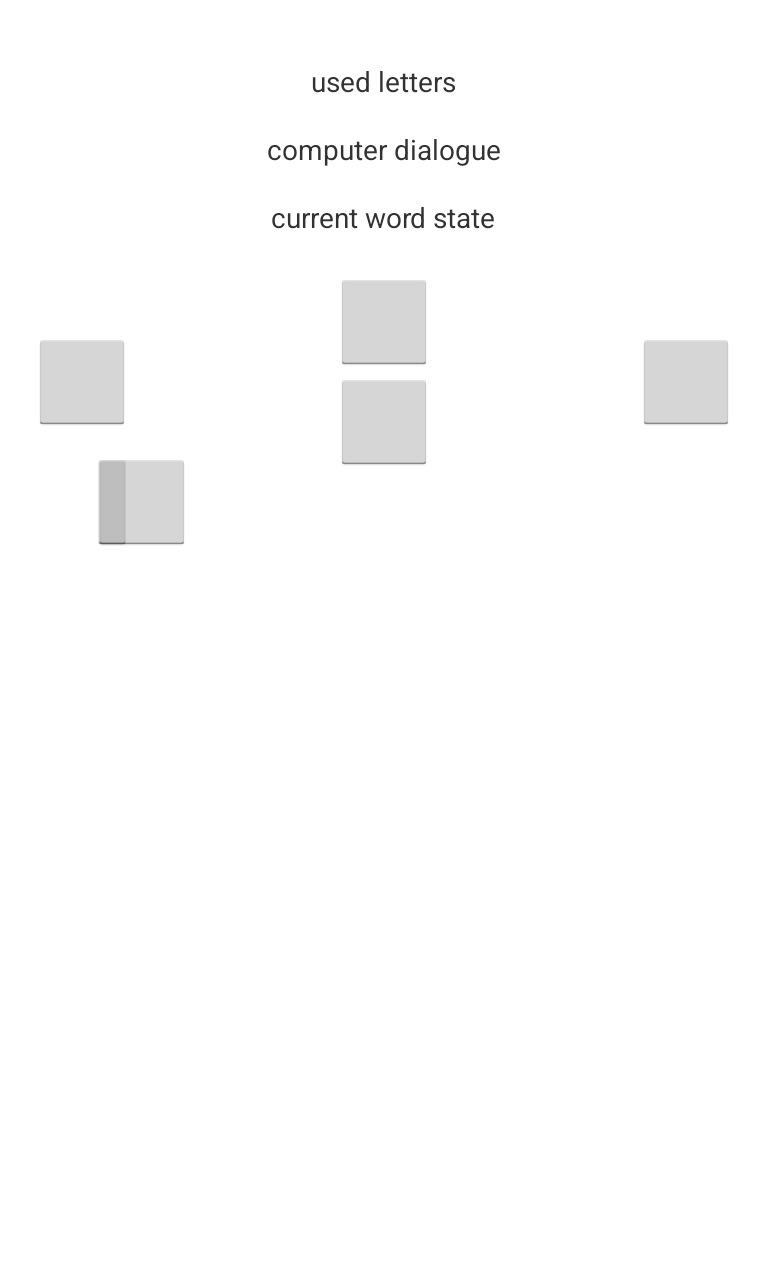
Repository: svandenhout/EvilSpaceMonsterHangman
Layout: evilSpaceMonsterHangman/res/layout/activity_main.xml
These files come from the project's save history. The layout is drawn as it stood at one moment and after the next save; the edit follows.
It is drawn on a 768 x 1280 px phone screen (xhdpi) without system bars, with theme AppTheme; the app's code is not run.

Above is the layout before, as saved 2013-12-16 13:27:09.

### evilSpaceMonsterHangman/res/layout/activity_main.xml
<RelativeLayout xmlns:android="http://schemas.android.com/apk/res/android"
              xmlns:tools="http://schemas.android.com/tools"
              android:layout_width="match_parent"
              android:layout_height="match_parent"
              android:paddingLeft="@dimen/activity_horizontal_margin"
              android:paddingRight="@dimen/activity_horizontal_margin"
              android:paddingTop="@dimen/activity_vertical_margin"
              android:paddingBottom="@dimen/activity_vertical_margin"
              tools:context=".MainActivity"
              android:orientation="vertical">

    <TextView
            android:id="@+id/usedLetters"
            android:layout_width="wrap_content"
            android:layout_height="wrap_content"
            android:text="@string/used_letters"
            android:layout_centerHorizontal="true"
            android:layout_marginTop="15dp"/>

    <TextView
            android:id="@+id/computerDialogue"
            android:layout_width="wrap_content"
            android:layout_height="wrap_content"
            android:layout_centerHorizontal="true"
            android:text="@string/computer_dialogue"
            android:layout_below="@+id/usedLetters"
            android:layout_marginTop="15dp"/>

    <TextView
            android:id="@+id/currentWordState"
            android:layout_width="wrap_content"
            android:layout_height="wrap_content"
            android:layout_below="@id/computerDialogue"
            android:text="@string/current_word_state"
            android:layout_centerHorizontal="true"
            android:layout_marginTop="15dp"/>

    <Button
        android:id="@+id/eye_6"
        android:layout_width="50dp"
        android:layout_height="50dp"
        android:layout_alignParentLeft="true"
        android:layout_marginTop="150dp"
        android:onClick="eyePress" />

    <Button
        android:id="@+id/eye_2"
        android:layout_width="50dp"
        android:layout_height="50dp"
        android:layout_marginTop="150dp"
        android:layout_alignParentRight="true"
        android:onClick="eyePress" />

    <Button
        android:id="@+id/eye_5"
        android:layout_width="50dp"
        android:layout_height="50dp"
        android:layout_alignLeft="@+id/eye_6"
        android:layout_below="@+id/eye_6"
        android:layout_marginLeft="30dp"
        android:layout_marginTop="10dp"
        android:onClick="eyePress" />

    <Button
        android:id="@+id/eye_3"
        android:layout_width="50dp"
        android:layout_height="50dp"
        android:layout_centerHorizontal="true"
        android:layout_marginTop="120dp"
        android:onClick="eyePress" />

    <Button
        android:id="@+id/eye_1"
        android:layout_width="50dp"
        android:layout_height="50dp"
        android:layout_alignRight="@+id/eye_6"
        android:layout_below="@+id/eye_6"
        android:layout_marginLeft="30dp"
        android:layout_marginTop="10dp"
        android:onClick="eyePress" />

    <Button
        android:id="@+id/eye_4"
        android:layout_width="50dp"
        android:layout_height="50dp"
        android:layout_below="@+id/eye_3"
        android:layout_centerHorizontal="true"
        android:onClick="eyePress" />

</RelativeLayout>

### evilSpaceMonsterHangman/res/values/strings.xml
<?xml version="1.0" encoding="utf-8"?>
<resources>

    <string name="app_name" >Hangman
    </string>

    <!-- settings & preferences -->
    <string name="hi_scores" >hi-scores
    </string>
    <string name="settings" >settings
    </string>
    <string name="reset" >reset game
    </string>

    <string name="title_user_name" >user name
    </string>
    <string name="title_word_length">word length
    </string>
    <string name="title_amount_of_turns">amount of turns
    </string>
    <string name="title_evil_mode">Evil Mode
    </string>

    <string name="summary_user_name">set your user name here
    </string>
    <string name="summary_word_length">set the length of the words that you want to use
    </string>
    <string name="summary_amount_of_turns">set the amount of turns until you lose
    </string>
    <string name="summary_evil_mode">Start playing Evil Mode, You will not win
    </string>

    <string name="dialog_user_name" >user name:
    </string>
    <string name="dialog_word_length">word length:
    </string>
    <string name="dialog_amount_of_turns">amount of turns:
    </string>
    <string name="dialog_evil_mode">Evil Mode?
    </string>


    <!-- game ui -->
    <string name="current_word" >current word
    </string>
    <string name="current_word_state" >current word state
    </string>
    <string name="used_letters" >used letters
    </string>
    <string name="computer_dialogue">computer dialogue</string>
    <string name="button_text">a</string>

    <!-- game states -->
    <string name="game_won">game won
    </string>
    <string name="game_lost">game lost
    </string>

    <!-- computer monologue -->
    <string name="cmonologue_start">Pick a letter to start playing</string>
    <string name="cmonologue_used">This letter has already been used, try again</string>
    <string name="cmonologue_invalid">WHAT THE HELL IS THAT!?, try another one</string>
    <string name="cmonologue_wrong">Wrong guess, pick again</string>
    <string name="cmonologue_correct">Lucky, why don\'t you try again?</string>
    <string name="cmonologue_won">:((</string>
    <string name="cmonologue_lost">:-)</string>
</resources>

Loaded but not shown: evilSpaceMonsterHangman/res/values/styles.xml (common file); evilSpaceMonsterHangman/res/values-v11/styles.xml (common file); evilSpaceMonsterHangman/res/values-v14/styles.xml (common file); evilSpaceMonsterHangman/res/values/dimens.xml (common file)

After the next save:
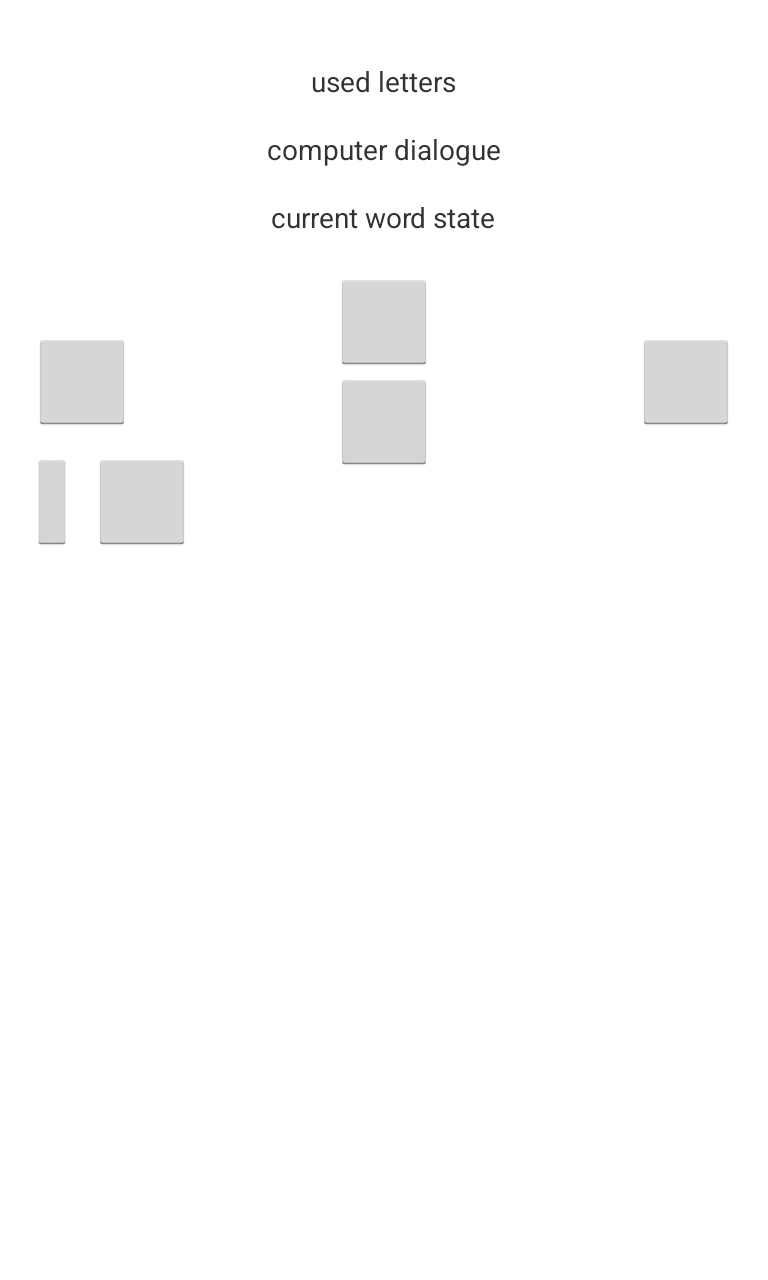
Saved 8 s later.
--- a/evilSpaceMonsterHangman/res/layout/activity_main.xml
+++ b/evilSpaceMonsterHangman/res/layout/activity_main.xml
@@ -75,7 +75,7 @@
         android:layout_height="50dp"
         android:layout_alignRight="@+id/eye_6"
         android:layout_below="@+id/eye_6"
-        android:layout_marginLeft="30dp"
+        android:layout_marginRight="30dp"
         android:layout_marginTop="10dp"
         android:onClick="eyePress" />
 
